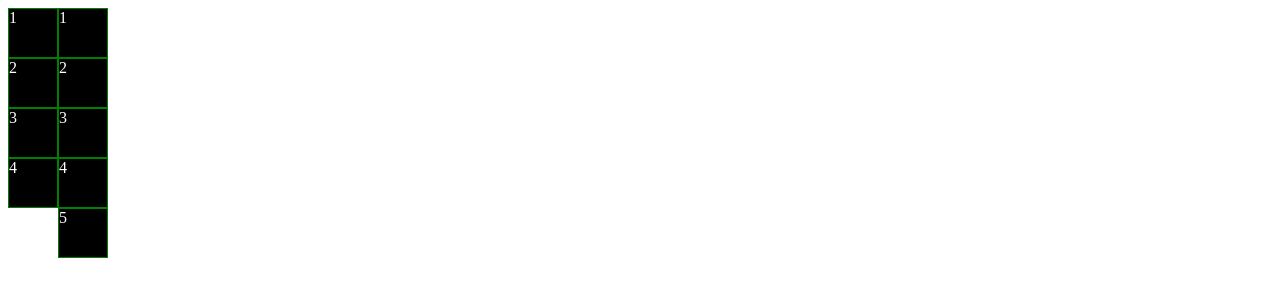
Repository: motiejus1/14-paskaita-JS
Page: index.html
An editor plug-in stored every save of this project. The page is shown before and after the next save, followed by the edit.
The browser window is 1280 px wide. The pictures show the whole page.

Above is the page before, as saved 2021-06-29 11:54:36.

### index.html
<!DOCTYPE html>
<html lang="en">
<head>
    <meta charset="UTF-8">
    <meta http-equiv="X-UA-Compatible" content="IE=edge">
    <meta name="viewport" content="width=device-width, initial-scale=1.0">
    <title>14 paskaita</title>

    <style>

        * {
            box-sizing: border-box;
        }

        .butas {
            width: 50px;
            height: 50px;
            background-color: black;
            border: 1px solid green;
            color: white;
        }

        .container {
            display: flex;
            flex-direction: row;
            flex-wrap: nowrap;
        }
    </style>
</head>
<body>

    <div class="container">
        <div class="laiptine">
            <div class="butas">1</div>
            <div class="butas">2</div>
            <div class="butas">3</div>
            <div class="butas">4</div>
        </div>
        <div class="laiptine">
            <div class="butas">1</div>
            <div class="butas">2</div>
            <div class="butas">3</div>
            <div class="butas">4</div>
            <div class="butas">5</div>
        </div>
    </div>

   <script src="script.js"></script>
</body>
</html>

### script.js
"use strict";

// Klasės kintamieji:
// miestas - tekstas,
// pastatymo data - datos formatas,
// adresas - tekstas,
// laiptinių skaičius - masyvas, turintis tiek elementų, kiek yra laiptinių. Pvz: [1,2,3,4]
// butų skaičius - masyvas, turintis tiek elementų, kiek butų yra laiptinėje.Pvz: [20, 22, 19, 13]
// bendras butų skaičius - suskaičiuojamas automatiškai. Apskaičiavimui susikurti statinį metodą.



//minimali reiksme ieina i intervala, maksimali neieina
function randomFunction(min, max) {
    return Math.floor((Math.random() * (max - min)) + min);
}

//minimali reiksme ieina i intervala, maksimali ieina
function randomFunctionWithMax(min, max) {

    return Math.floor((Math.random() * (max - min + 1)) + min);
}

let laiptines = ["laiptine1", "laiptine2", "laiptine3",'laiptine4', 'laiptine5'] //laiptiniu skaicius masyvo lenght - 3

let laiptiniuSk = laiptines.length;

let atsitiktinisSk = randomFunctionWithMax(1, 100); // Skaiciu nuo 1 iki 100

console.log(atsitiktinisSk);

// let butai = [20, 22, 19, 13];
let butai = [];
for (let i = 0; i< laiptiniuSk; i++) {
    butai.push(randomFunctionWithMax(1, 100));
}

let bendrasButuSkaicius = 0;

for (let i = 0; i < butai.length; i++) {
    bendrasButuSkaicius += butai[i];
}

console.log(butai);
console.log(bendrasButuSkaicius);

//gauname laiptiniu skaiciu +
//pagal laiptiniu skaiciu susikuriame butu masyva
//butu masyvas turi tiek elementu kiek yra laiptiniu
// kiekvienas buto masyvo elementas yra atsitiktinis skaicius

After the next save:
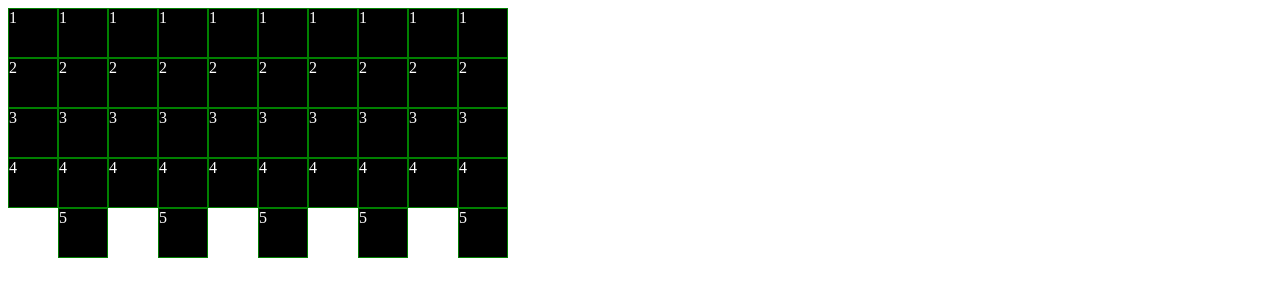
Saved 19 s later.
--- a/index.html
+++ b/index.html
@@ -43,6 +43,58 @@
             <div class="butas">4</div>
             <div class="butas">5</div>
         </div>
+        <div class="laiptine">
+            <div class="butas">1</div>
+            <div class="butas">2</div>
+            <div class="butas">3</div>
+            <div class="butas">4</div>
+        </div>
+        <div class="laiptine">
+            <div class="butas">1</div>
+            <div class="butas">2</div>
+            <div class="butas">3</div>
+            <div class="butas">4</div>
+            <div class="butas">5</div>
+        </div>
+        <div class="laiptine">
+            <div class="butas">1</div>
+            <div class="butas">2</div>
+            <div class="butas">3</div>
+            <div class="butas">4</div>
+        </div>
+        <div class="laiptine">
+            <div class="butas">1</div>
+            <div class="butas">2</div>
+            <div class="butas">3</div>
+            <div class="butas">4</div>
+            <div class="butas">5</div>
+        </div>
+        <div class="laiptine">
+            <div class="butas">1</div>
+            <div class="butas">2</div>
+            <div class="butas">3</div>
+            <div class="butas">4</div>
+        </div>
+        <div class="laiptine">
+            <div class="butas">1</div>
+            <div class="butas">2</div>
+            <div class="butas">3</div>
+            <div class="butas">4</div>
+            <div class="butas">5</div>
+        </div>
+        <div class="laiptine">
+            <div class="butas">1</div>
+            <div class="butas">2</div>
+            <div class="butas">3</div>
+            <div class="butas">4</div>
+        </div>
+        <div class="laiptine">
+            <div class="butas">1</div>
+            <div class="butas">2</div>
+            <div class="butas">3</div>
+            <div class="butas">4</div>
+            <div class="butas">5</div>
+        </div>
     </div>
 
    <script src="script.js"></script>
